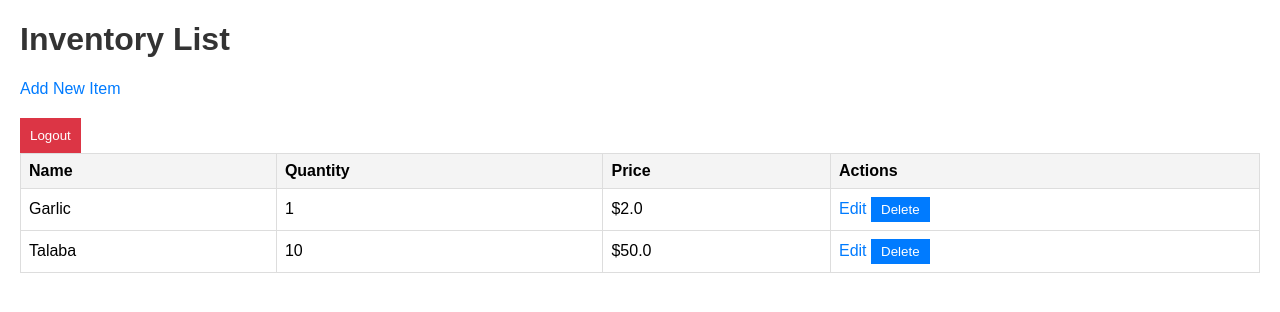
Repository: Stoldark/PLMUN
Page: http://localhost/
An editor plug-in stored every save of this project. The page is shown before and after the next save, followed by the edit.
The browser window is 1280 px wide. The pictures show the whole page.
The page is served by the project's application, run on Flask 3 (tempCodeRunnerFile.py). The user the application loads for id 1 is signed in. The page reads the database file committed with the project.

Above is the page before, as saved 2024-09-22 16:41:24.

After the next save:
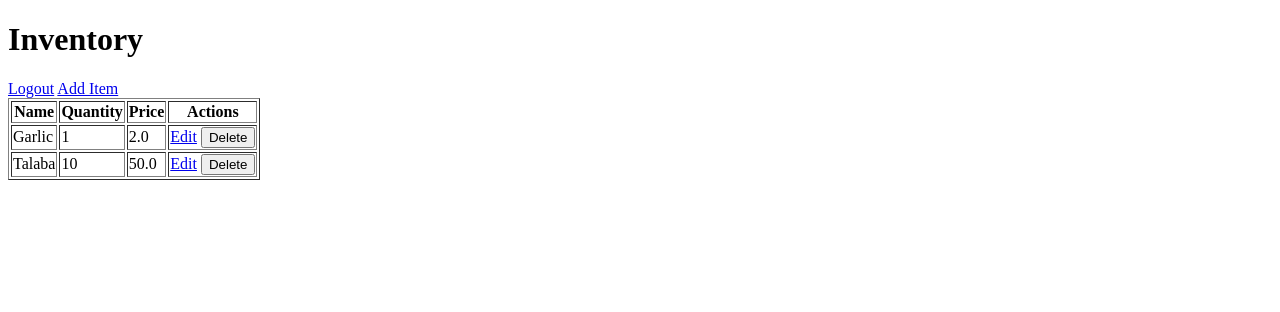
Saved 51 s later.
--- a/templates/index.html
+++ b/templates/index.html
@@ -3,72 +3,14 @@
 <head>
     <meta charset="UTF-8">
     <meta name="viewport" content="width=device-width, initial-scale=1.0">
-    <title>Inventory Management</title>
-    <style>
-        body {
-            font-family: Arial, sans-serif;
-            margin: 20px;
-            padding: 0;
-        }
-        h1 {
-            color: #333;
-        }
-        a {
-            text-decoration: none;
-            color: #007bff;
-        }
-        a:hover {
-            text-decoration: underline;
-        }
-        table {
-            width: 100%;
-            border-collapse: collapse;
-            margin-bottom: 20px;
-        }
-        table, th, td {
-            border: 1px solid #ddd;
-        }
-        th, td {
-            padding: 8px;
-            text-align: left;
-        }
-        th {
-            background-color: #f4f4f4;
-        }
-        .actions button {
-            background-color: #007bff;
-            color: white;
-            border: none;
-            padding: 5px 10px;
-            cursor: pointer;
-        }
-        .actions button:hover {
-            background-color: #0056b3;
-        }
-        .actions form {
-            display: inline;
-        }
-        .logout-button {
-            display: block;
-            margin-top: 20px;
-            padding: 10px;
-            background-color: #dc3545;
-            color: white;
-            border: none;
-            cursor: pointer;
-        }
-        .logout-button:hover {
-            background-color: #c82333;
-        }
-    </style>
+    <title>Inventory</title>
 </head>
 <body>
-    <h1>Inventory List</h1>
-    <a href="/add">Add New Item</a>
-    <form action="/logout" method="post">
-        <button type="submit" class="logout-button">Logout</button>
-    </form>
-    <table>
+    <h1>Inventory</h1>
+    <a href="{{ url_for('logout') }}">Logout</a>
+    <a href="{{ url_for('add_item') }}">Add Item</a>
+
+    <table border="1">
         <thead>
             <tr>
                 <th>Name</th>
@@ -79,17 +21,17 @@
         </thead>
         <tbody>
             {% for item in items %}
-                <tr>
-                    <td>{{ item.name }}</td>
-                    <td>{{ item.quantity }}</td>
-                    <td>${{ item.price }}</td>
-                    <td class="actions">
-                        <a href="{{ url_for('edit_item', id=item.id) }}">Edit</a>
-                        <form action="{{ url_for('delete_item', id=item.id) }}" method="post" style="display:inline;">
-                            <button type="submit">Delete</button>
-                        </form>
-                    </td>
-                </tr>
+            <tr>
+                <td>{{ item['name'] }}</td>
+                <td>{{ item['quantity'] }}</td>
+                <td>{{ item['price'] }}</td>
+                <td>
+                    <a href="{{ url_for('edit_item', id=item['id']) }}">Edit</a>
+                    <form action="{{ url_for('delete_item', id=item['id']) }}" method="post" style="display:inline;">
+                        <button type="submit">Delete</button>
+                    </form>
+                </td>
+            </tr>
             {% endfor %}
         </tbody>
     </table>
